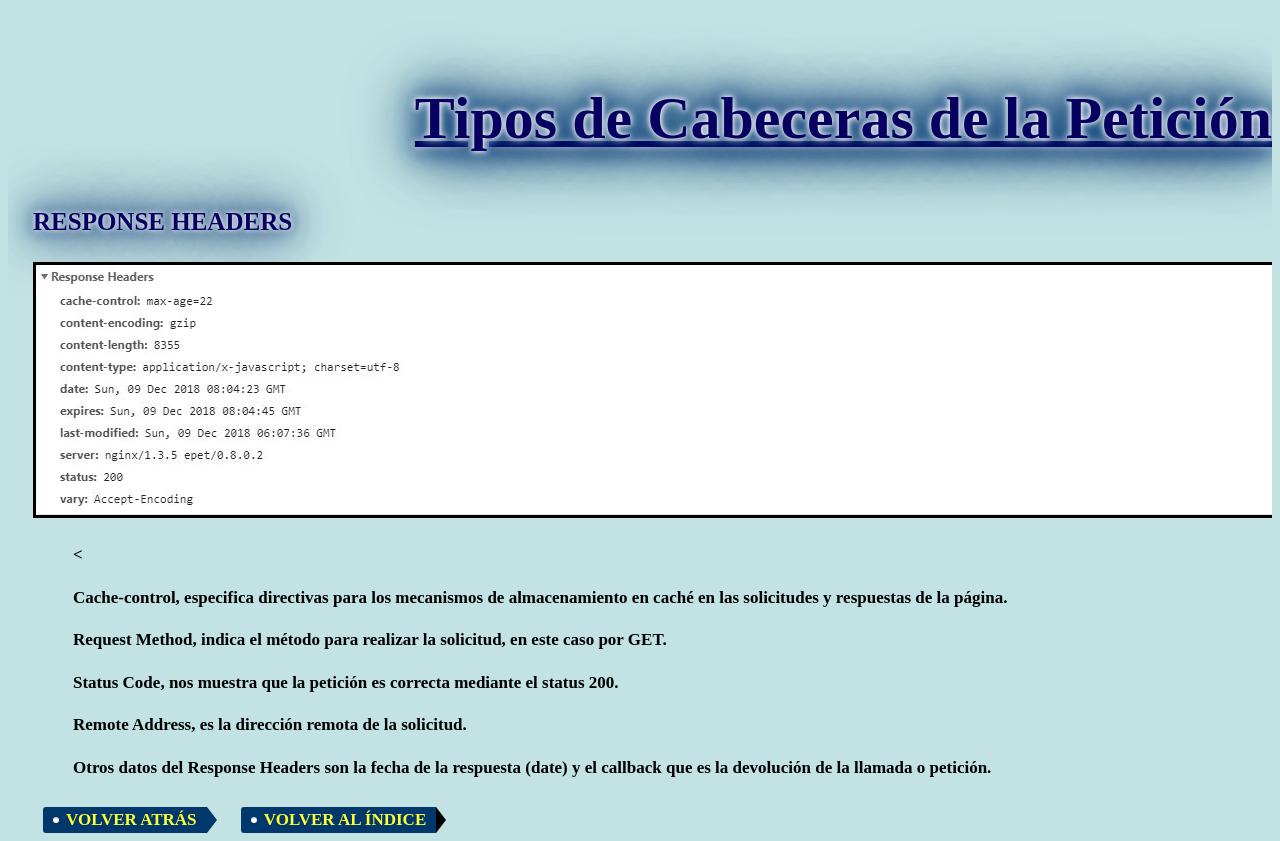
Repository: VictorinoBF97/HerramientasDesarollo
Page: responseHeaders.html
An editor plug-in stored every save of this project. The page is shown before and after a run of saves, followed by the edit.
The browser window is 1280 px wide. The pictures show the whole page.

Above is the page before, as saved 2018-12-09 09:41:46.
Not found: main.js

After the next 2 saves:
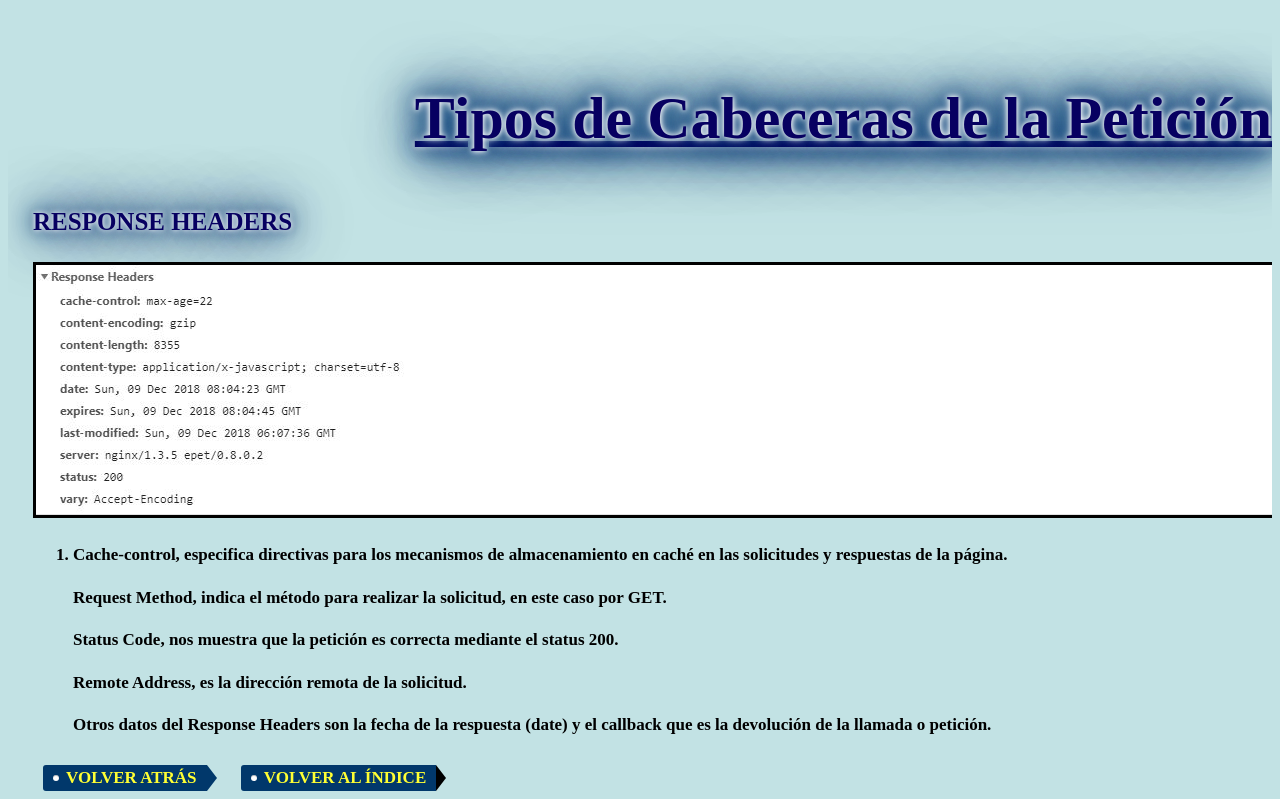
The 2 saves are shown as one change because they came seconds apart.
The last was saved 7 s later.
--- a/responseHeaders.html
+++ b/responseHeaders.html
@@ -21,7 +21,7 @@
 
             <div>
                 <ol>
-                <<p><strong>Cache-control</strong>, especifica directivas para los mecanismos de almacenamiento en caché en las solicitudes y respuestas de la página.</p>
+                <li><p><strong>Cache-control</strong>, especifica directivas para los mecanismos de almacenamiento en caché en las solicitudes y respuestas de la página.</p>
                 <p><strong>Request Method</strong>, indica el método para realizar la solicitud, en este caso por GET.</p>
                 <p><strong>Status Code</strong>, nos muestra que la petición es correcta mediante el <b>status 200</b>.</p>
                 <p><strong>Remote Address</strong>, es la dirección remota de la solicitud.</p>
